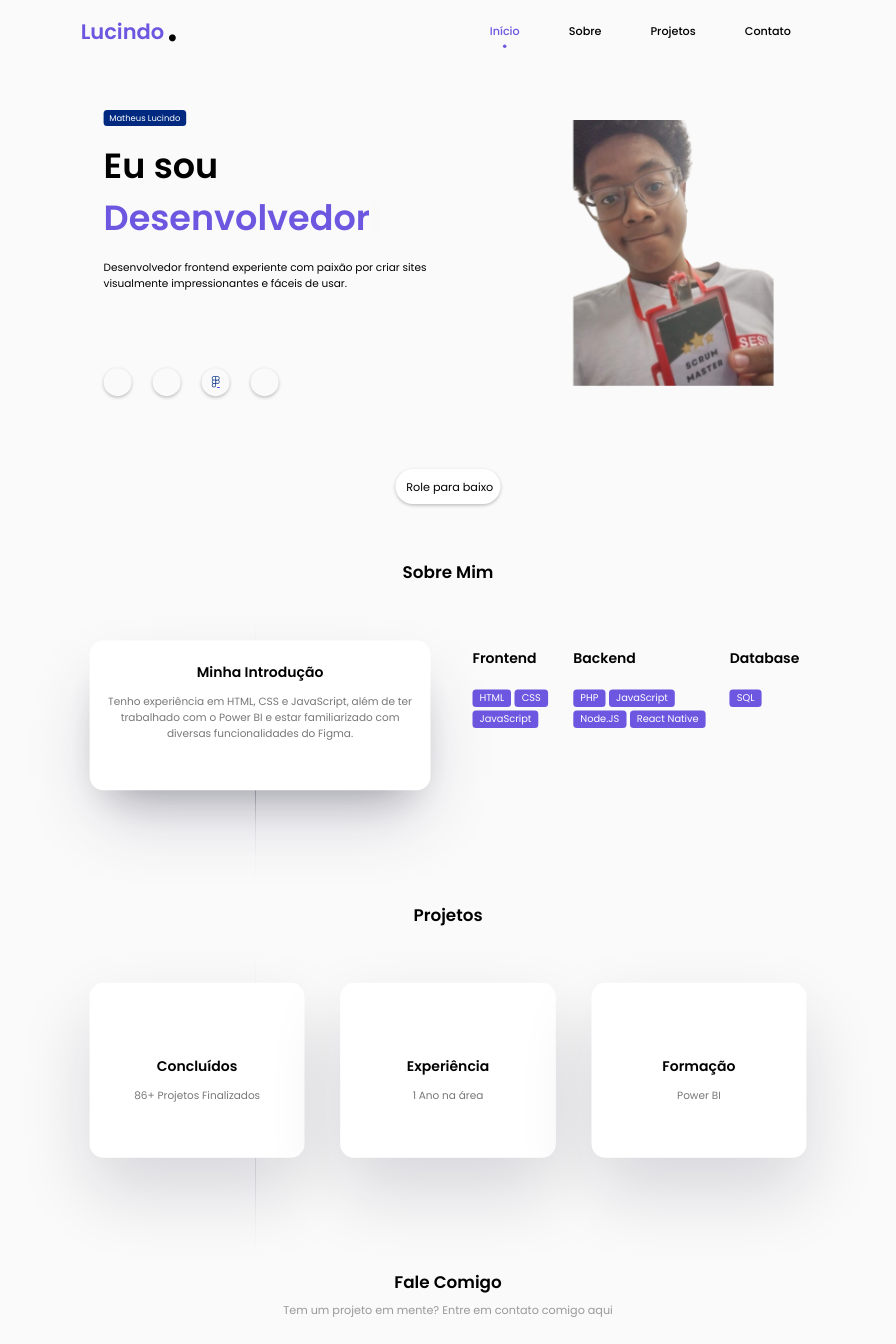
Repository: Matheus904-12/PrePortf
Page: index.html
An editor plug-in stored every save of this project. The page is shown before and after the next save, followed by the edit.
The browser window is 1280 px wide. The pictures show the part of the page from y = 0 to 1920 px (the page is 2744 px tall), at 70% of full size.
Some icons come from a web library that is not loaded, so they are not drawn. Some web libraries are served in a nearby version.

Above is the page before, as saved 2024-02-28 21:32:16.

After the next save:
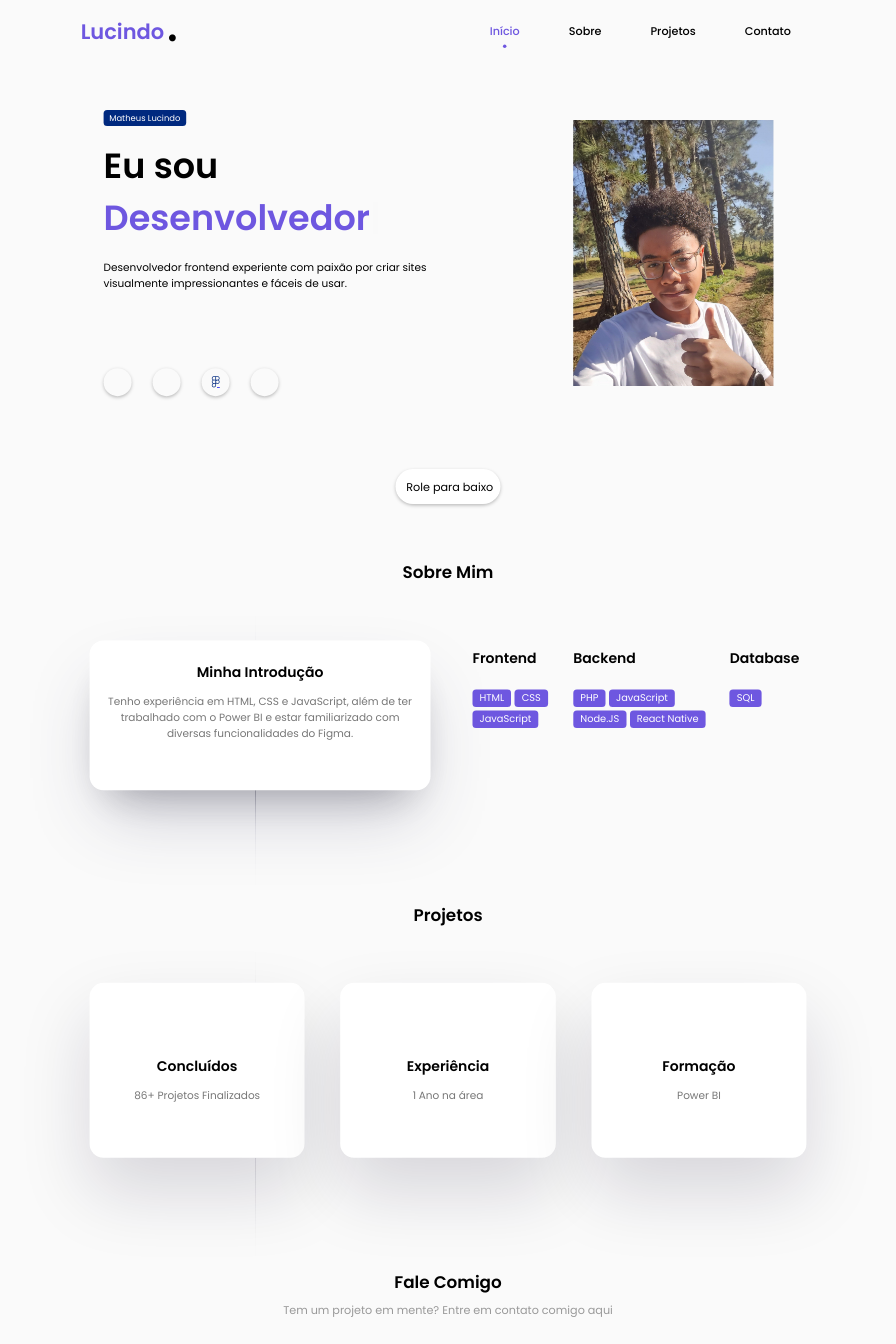
Saved 2 min 7 s later.
--- a/index.html
+++ b/index.html
@@ -76,7 +76,7 @@
                 </div>
                 <div class="featured-image">
                     <div class="image">
-                        <img src="IMG_20230613_163822582_HDR-removebg-preview.png" alt="avatar">
+                        <img src="eu.jpg" alt="avatar">
                     </div>
                 </div>
                 <div class="scroll-icon-box">
